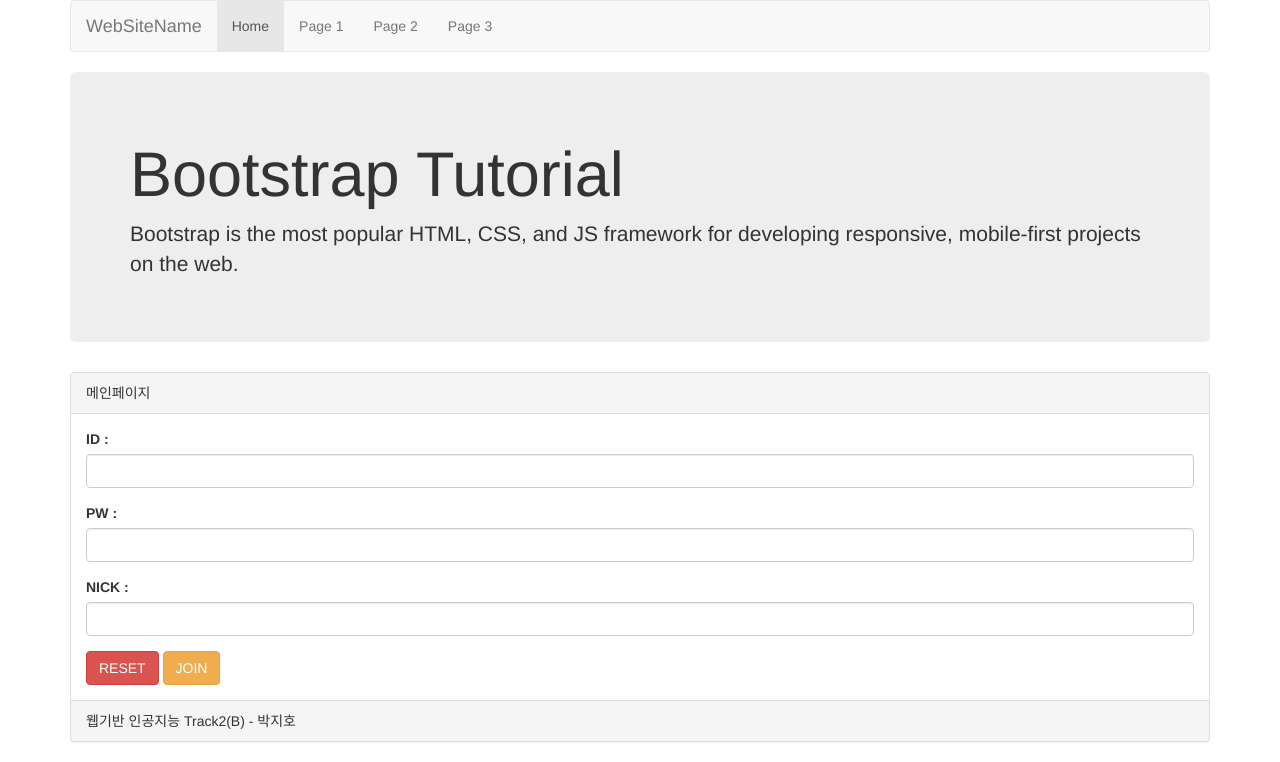
Repository: Jipumpkin/WebServer
Page: http://localhost/FrontCommandPattern/main.jsp
An editor plug-in stored every save of this project. The page is shown before and after the next save, followed by the edit.
The browser window is 1280 px wide. The pictures show the whole page.
The page is served by Tomcat 9. Other server files are loaded and not shown.

Above is the page before, as saved 2024-08-20 03:10:34.

### FrontCommandPattern/src/main/webapp/main.jsp
<%@ page language="java" contentType="text/html; charset=EUC-KR"
    pageEncoding="EUC-KR"%>
<!DOCTYPE html>
<html>
<head>
<meta charset="EUC-KR">
<title>Insert title here</title>
<link rel="stylesheet" href="https://maxcdn.bootstrapcdn.com/bootstrap/3.4.1/css/bootstrap.min.css">
<script src="https://ajax.googleapis.com/ajax/libs/jquery/3.7.1/jquery.min.js"></script>
<script src="https://maxcdn.bootstrapcdn.com/bootstrap/3.4.1/js/bootstrap.min.js"></script>
</head>
<body>
	<div class="container">

		<nav class="navbar navbar-default">
		  <div class="container-fluid">
		    <div class="navbar-header">
		      <a class="navbar-brand" href="#">WebSiteName</a>
		    </div>
		    <ul class="nav navbar-nav">
		      <li class="active"><a href="#">Home</a></li>
		      <li><a href="#">Page 1</a></li>
		      <li><a href="#">Page 2</a></li>
		      <li><a href="#">Page 3</a></li>
		    </ul>
		  </div>
		</nav>

	    <div class="jumbotron">
		    <h1>Bootstrap Tutorial</h1>
		    <p>Bootstrap is the most popular HTML, CSS, and JS framework for developing
		    responsive, mobile-first projects on the web.</p>
	  	</div>

	 	<div class="panel panel-default">
		    <div class="panel-heading">메인페이지</div>

		    <div class="panel-body">

				<form action="JoinController" method="post">
				  <div class="form-group">
				    <label for="id">ID : </label>
				    <input type="text" class="form-control" id="id" name="id">
				  </div>
				  <div class="form-group">
				    <label for="pwd"> PW : </label>
				    <input type="password" class="form-control" id="pwd" name="pw">
				  </div>
				  <div class="form-group">
				    <label for="nick"> NICK : </label>
				    <input type="text" class="form-control" id="nick" name="nick">
				  </div>
				  <button type="reset" class="btn btn-danger">RESET</button>
				  <button type="submit" class="btn btn-warning">JOIN</button>
				</form>

		    </div>

		    <div class="panel-footer">웹기반 인공지능 Track2(B) - 박지호</div>
	  	</div>
	</div>

</body>
</html>

After the next save:
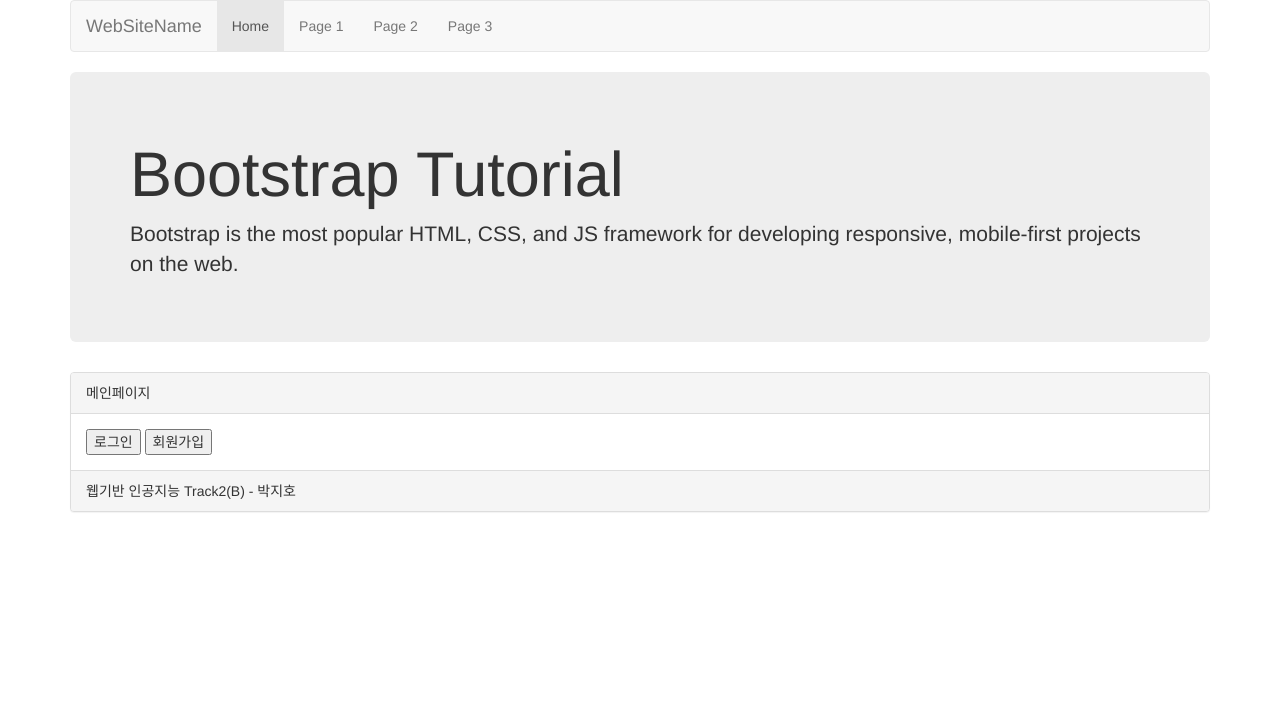
Saved 38 s later.
--- a/FrontCommandPattern/src/main/webapp/main.jsp
+++ b/FrontCommandPattern/src/main/webapp/main.jsp
@@ -37,22 +37,8 @@
 
 		    <div class="panel-body">
 
-				<form action="JoinController" method="post">
-				  <div class="form-group">
-				    <label for="id">ID : </label>
-				    <input type="text" class="form-control" id="id" name="id">
-				  </div>
-				  <div class="form-group">
-				    <label for="pwd"> PW : </label>
-				    <input type="password" class="form-control" id="pwd" name="pw">
-				  </div>
-				  <div class="form-group">
-				    <label for="nick"> NICK : </label>
-				    <input type="text" class="form-control" id="nick" name="nick">
-				  </div>
-				  <button type="reset" class="btn btn-danger">RESET</button>
-				  <button type="submit" class="btn btn-warning">JOIN</button>
-				</form>
+				<button>로그인</button>
+				<button>회원가입</button>
 
 		    </div>
 
